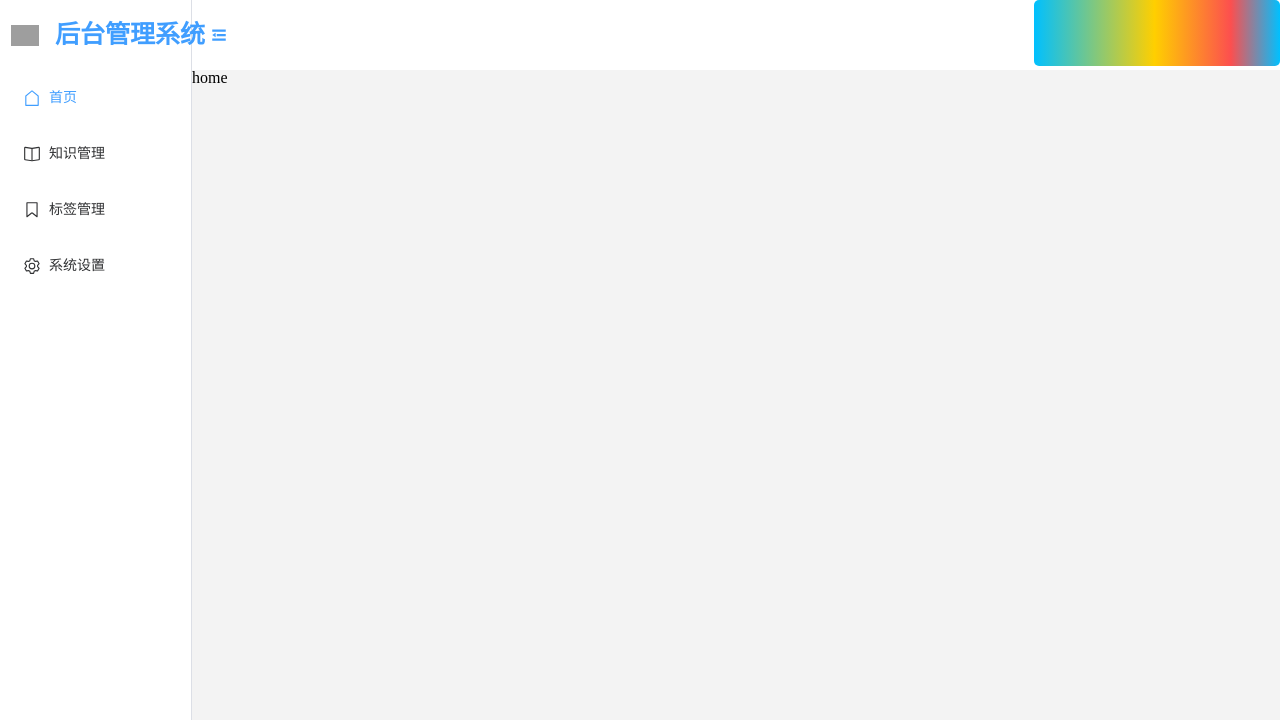
Repository: serrrN/admin
Page: /
These files come from the project's save history. The page is drawn as it stood at one moment and after the next save; the edit follows.
The browser window is 1280 px wide. The pictures show the whole page.
Pictures or frames that could not be fetched are drawn as grey boxes. The project was rebuilt for these pictures with package versions that can differ from the ones it lists, and the page was loaded fresh each time. Also part of the build but not shown: vite.config.ts, src/styles/index.scss.

Above is the page before, as saved 2024-06-05 16:41:57.

### src/main.ts
import { createApp } from 'vue'
import App from './App.vue'
import ElementPlus from 'element-plus'
import zhCn from 'element-plus/es/locale/lang/zh-cn'
import * as ElementPlusIconsVue from '@element-plus/icons-vue'
import router from './router'
import 'reset-css'
import './styles/index.scss'
import pinia from '@/store/index'
const app = createApp(App)
for (const [key, component] of Object.entries(ElementPlusIconsVue)) {
  app.component(key, component)
}
app.use(pinia)
app.use(ElementPlus, { locale: zhCn })
app.use(router)
app.mount('#app')

### src/App.vue
<script setup lang="ts"></script>

<template>
  <router-view></router-view>
</template>

<style>
* {
  box-sizing: border-box;
}
#app,
html,
body {
  width: 100%;
  height: 100%;
}
</style>

### src/router/index.ts
import { createRouter, createWebHistory } from 'vue-router'
import routes from './routes'
const router = createRouter({
  history: createWebHistory(),
  routes,
})
export default router

### src/router/routes.ts
const routes = [
  {
    path: '/',
    name: 'home',
    redirect: '/home',
    component: () => import('@/layout/index.vue'),
    children: [
      {
        path: '/home',
        component: () => import('@/views/home/index.vue'),
      },
      {
        path: '/knowledgeManage',
        component: () => import('@/views/knowledgeManage/index.vue'),
      },
      {
        path: '/tagManage',
        component: () => import('@/views/tagManage/index.vue'),
      },
      {
        path: "/systemSetting",
        component:()=>import("@/views/systemSetting/index.vue")
      }
    ],
  },
]

export default routes

### src/styles/variable.scss
//主题色
$theme-color:rgb(64, 158, 255);

// 布局容器左边宽度
$layout-container-left-max-width:15%;

// 布局容器左边塌陷后宽度
$layout-container-left-min-width:3.79%;

// 布局容器头部高度
$layout-container-header-height:70px;

### src/layout/index.vue
<template>
  <div class="layout-container">
    <div :class="systemStore.isCollapse?'left left-collapse':'left'" >
      <Menu />
    </div>
    <div :class="systemStore.isCollapse?'right right-collapse':'right'">
      <div class="header"><Header /></div>
      <div class="main"><Main/></div>
    </div>
  </div>
</template>

<script lang="ts" setup>
import Menu from './menu/index.vue'
import Header from './header/index.vue'
import Main from './main/index.vue'

import {useSystemStore} from "@/store/modules/system"
const systemStore = useSystemStore()
</script>

<style scoped lang="scss">
.layout-container {
  width: 100%;
  height: 100%;
  display: flex;
  background-color: #f3f3f3;
  .left {
    height: 100%;
    width: $layout-container-left-max-width;
    transition: all linear 0.5s;
  }
  .left-collapse{
    width:$layout-container-left-min-width;
  }
  .right {
    width: calc(100% - $layout-container-left-max-width);
    transition: all linear 0.5s;
    .header {
      width: 100%;
      height: $layout-container-header-height;
      display: flex;
      justify-content:flex-end;
      background-color: white;
    }
    .main {
      height: calc(100% - $layout-container-header-height);
      width: calc(100%);
    }
  }
  .right-collapse{
    width:calc(100% - $layout-container-left-min-width);
  }

}
</style>

### src/views/home/index.vue
<template>
home
</template>
<script setup lang="ts">

</script>
<style lang="scss" scoped>

</style>

### src/layout/menu/index.vue
<template>
  <el-menu
    default-active="home"
    :class="systemStore.isCollapse?'el-menu-vertical-collapse':'el-menu-vertical'"
    :collapse="systemStore.isCollapse"
    :router="true"
    collapse-transition
    @open="handleOpen"
    @close="handleClose"
  >
    <div class="header">
      <div class="manage-msg" v-show="!systemStore.isCollapse">
        <div class="logo-wrapped">
          <img src="/vite.svg" class="logo" alt="Vite logo" />
        </div>
        <div class="name">后台管理系统</div>
      </div>
      <div class="fold-icon-wrapped" @click="handleCollapse">
        <el-icon size="18" color="rgb(64, 158, 255)">
          <component :is="systemStore.isCollapse?'Expand':'Fold'"></component>
        </el-icon>
      </div>
    </div>

    <el-menu-item index="home">
      <el-icon><House /></el-icon>
      <template #title>首页</template>
    </el-menu-item>
    <el-menu-item index="knowledgeManage">
      <el-icon><reading /></el-icon>
      <template #title>知识管理</template>
    </el-menu-item>
    <el-menu-item index="tagManage">
      <el-icon><CollectionTag /></el-icon>
      <template #title>标签管理</template>
    </el-menu-item>
    <el-menu-item index="systemSetting">
      <el-icon><setting /></el-icon>
      <template #title>系统设置</template>
    </el-menu-item>
  </el-menu>
</template>

<script lang="ts" setup>
import {useSystemStore} from "@/store/modules/system"
const systemStore = useSystemStore()

const handleOpen = (key: string, keyPath: string[]) => {
  console.log(key, keyPath)
}
const handleClose = (key: string, keyPath: string[]) => {
  console.log(key, keyPath)
}
const handleCollapse = () => {
  systemStore.isCollapse = !systemStore.isCollapse

}
</script>

<style lang="scss" scoped>
.el-menu {
  height: 100%;
  // 管理系统菜单头部(展示名字和logo)
  .header {
    display: flex;
    height: 70px;
    line-height: 70px;
    justify-content: space-between;
    transition: all 1s;
    //管理系统信息
    .manage-msg {
      display: flex;
      // logo容器
      .logo-wrapped {
        line-height: 50px;
        height: 100%;
        display: flex;
        align-items: center;
        justify-content: center;
        width: 50px;
        .logo {
          width: 28px;
        }
      }
      // 管理系统名称
      .name {
        text-align: center;
        font-size: 25px;
        width: 160px;
        color: $theme-color;
        font-weight: 600;
      }
    }

    // 折叠图标容器
    .fold-icon-wrapped {
      width: 100%;
      display: flex;
      align-items: center;
      justify-content: center;
    }
  }

  //菜单名称
  .el-menu-item span {
    color: rgb(48, 49, 51);
    font-weight: 400;
    font-size: 17px;
    line-height: 56px;
    font-family: 'Helvetica Neue', Helvetica, 'PingFang SC', 'Hiragino';
  }
}
// 菜单不处于塌陷状态
.el-menu-vertical:not(.el-menu--collapse) {
  width: 100%;
  min-height: 100%;
  min-width: 20%;
}


</style>

### src/layout/header/index.vue
<template>
  <Menu/>
</template>
<script setup lang="ts">
// import Tabs from './tabs/index.vue'
import Menu from './menu/index.vue'
</script>
<style lang="scss" scoped></style>

### src/layout/main/index.vue
<template>
  <router-view></router-view>
</template>
<script setup lang="ts"></script>
<style lang="scss" scoped></style>

### src/store/modules/system.ts
import { defineStore } from 'pinia'
import { ref } from 'vue'
export const useSystemStore = defineStore('system', () => {
  const isCollapse = ref(false)

  return { isCollapse }
})

### src/layout/header/menu/index.vue
<template>
  <div class="header-menu"></div>
</template>
<script setup lang="ts"></script>
<style lang="scss" scoped>
.header-menu {
  width: calc(240px + 6px);
  height: calc(60px + 6px);
  background-image: linear-gradient(
    90deg,
    #00c0ff 0%,
    #ffcf00 49%,
    #fc4f4f 80%,
    #00c0ff 100%
  );
  border-radius: 5px;
  display: flex;
  justify-content: center;
  align-items: center;
  cursor: pointer;
  position: relative;
  &::before {
    content: '';
    width: calc(240px);
    height: calc(60px);
    background-color: white;
    display: flex;
    align-items: center;
    justify-content: center;
    visibility: hidden;
  }

}
.header-menu:hover{
    &::before{
      visibility: visible;
    }
  }
</style>

Loaded but not shown: index.html (common file); src/store/index.ts (common file)

After the next save:
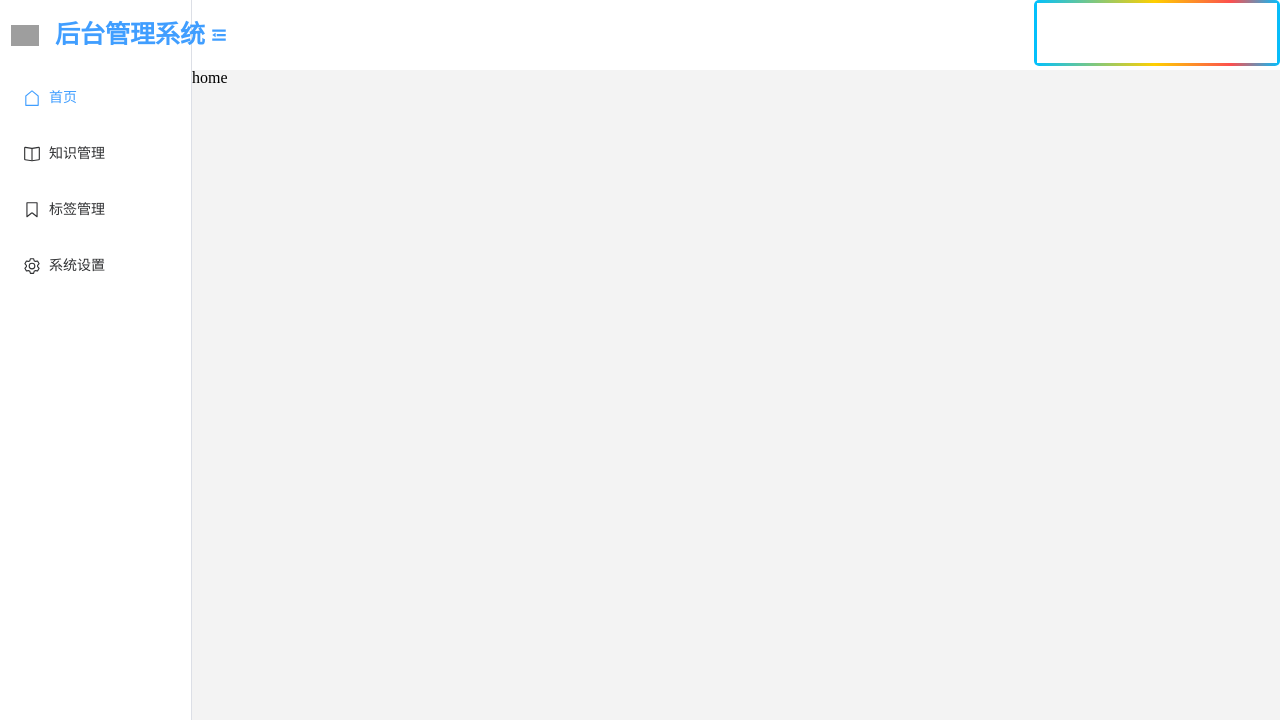
Saved 15 s later.
--- a/src/layout/header/menu/index.vue
+++ b/src/layout/header/menu/index.vue
@@ -27,13 +27,13 @@
     display: flex;
     align-items: center;
     justify-content: center;
-    visibility: hidden;
+    visibility: visible;
   }
 
 }
 .header-menu:hover{
     &::before{
-      visibility: visible;
+      visibility: hidden;
     }
   }
 </style>

After the 4 saves that followed:
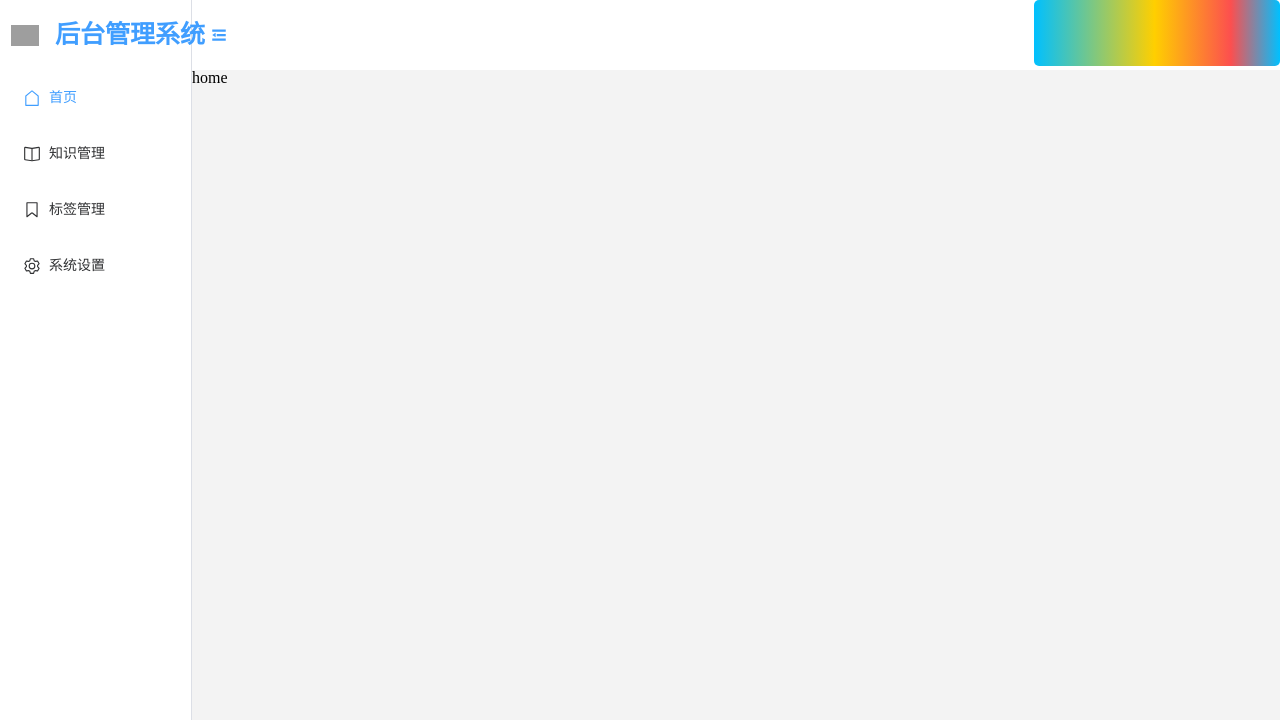
The 4 saves are shown as one change because 3 left the picture as it was.
The last was saved 62 s later.
--- a/src/layout/header/menu/index.vue
+++ b/src/layout/header/menu/index.vue
@@ -28,6 +28,9 @@
     align-items: center;
     justify-content: center;
     visibility: visible;
+    transition: all linear 1s;
+    position: absolute;
+    z-index: -1;
   }
 
 }
